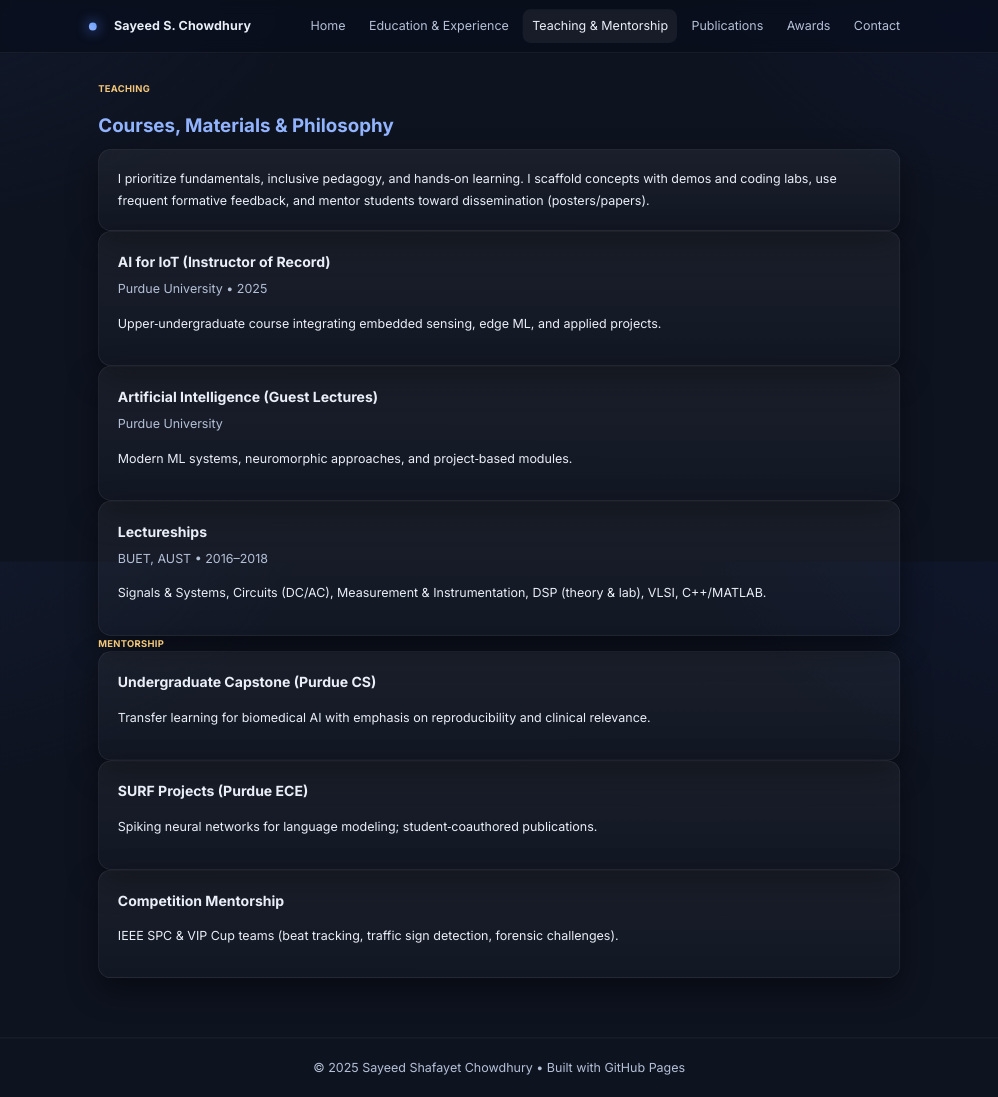
Repository: SayeedChowdhury/SayeedChowdhury.github.io
Page: teaching.html
These files come from the project's save history. The page is drawn as it stood at one moment and after the next save; the edit follows.
The browser window is 1280 px wide. The pictures show the whole page, at 78% of full size.

Above is the page before, as saved 2025-08-11 12:23:19.

### teaching.html
<!doctype html>
<html lang="en">
<head>
  <meta charset="utf-8">
  <meta name="viewport" content="width=device-width, initial-scale=1">
  <title>Teaching & Mentorship • Sayeed S. Chowdhury</title>
  <link rel="preconnect" href="https://fonts.googleapis.com">
  <link rel="preconnect" href="https://fonts.gstatic.com" crossorigin>
  <link href="https://fonts.googleapis.com/css2?family=Inter:wght@400;600;700&display=swap" rel="stylesheet">
  <link rel="stylesheet" href="assets/style.css">
</head>
<body>
<div class="nav">
  <div class="inner container">
    <div class="brand"><span class="dot"></span> <a href="index.html" style="text-decoration:none;color:inherit;">Sayeed S. Chowdhury</a></div>
    <div style="margin-left:auto; display:flex; gap:6px; flex-wrap:wrap">
      <a href="index.html" class="">Home</a>
      <a href="edu-exp.html" class="">Education & Experience</a>
      <a href="teaching.html" class="active">Teaching & Mentorship</a>
      <!-- <a href="research.html" class="">Research</a> -->
      <a href="publications.html" class="">Publications</a>
      <a href="awards.html" class="">Awards</a>
      <a href="contact.html" class="">Contact</a>
    </div>
  </div>
</div>
<div class="container">

<section class="section">
  <div class="kicker">Teaching</div>
  <h2>Courses, Materials & Philosophy</h2>

  <div class="card">
    <p style="margin:0">I prioritize fundamentals, inclusive pedagogy, and hands‑on learning. I scaffold concepts with demos and coding labs, use frequent formative feedback, and mentor students toward dissemination (posters/papers).</p>
  </div>

  <div class="card">
    <h3>AI for IoT (Instructor of Record)</h3>
    <div class="lead">Purdue University • 2025</div>
    <p>Upper‑undergraduate course integrating embedded sensing, edge ML, and applied projects.</p>
  </div>
  <div class="card">
    <h3>Artificial Intelligence (Guest Lectures)</h3>
    <div class="lead">Purdue University</div>
    <p>Modern ML systems, neuromorphic approaches, and project‑based modules.</p>
  </div>
  <div class="card">
    <h3>Lectureships</h3>
    <div class="lead">BUET, AUST • 2016–2018</div>
    <p>Signals & Systems, Circuits (DC/AC), Measurement & Instrumentation, DSP (theory & lab), VLSI, C++/MATLAB.</p>
  </div>

  <div class="kicker">Mentorship</div>
  <div class="card">
    <h3>Undergraduate Capstone (Purdue CS)</h3>
    <p>Transfer learning for biomedical AI with emphasis on reproducibility and clinical relevance.</p>
  </div>
  <div class="card">
    <h3>SURF Projects (Purdue ECE)</h3>
    <p>Spiking neural networks for language modeling; student‑coauthored publications.</p>
  </div>
  <div class="card">
    <h3>Competition Mentorship</h3>
    <p>IEEE SPC & VIP Cup teams (beat tracking, traffic sign detection, forensic challenges).</p>
  </div>
</section>

</div>
<div class="footer">© 2025 Sayeed Shafayet Chowdhury • Built with GitHub Pages</div>
</body>
</html>

### assets/style.css

:root{
  --bg:#0e1320;
  --bg-grad1:#121a2d;
  --panel:#151b2e;
  --panel-2:#101626;
  --ink:#e9eef7;
  --muted:#b4c0d6;
  --navy:#92b4ff;
  --gold:#f3c77a;
  --border:rgba(255,255,255,.08);
  --shadow:0 16px 40px rgba(0,0,0,.45);
  --radius:16px;
}

*{box-sizing:border-box}
html,body{height:100%}
body{
  margin:0;
  color:var(--ink);
  background:
    radial-gradient(900px 600px at -10% -10%, var(--bg-grad1) 0%, transparent 60%),
    radial-gradient(900px 600px at 110% -10%, #0f1830 0%, transparent 60%),
    var(--bg);
  font:16px/1.7 "Inter", system-ui, -apple-system, Segoe UI, Roboto, Helvetica, Arial;
  -webkit-font-smoothing:antialiased;
}

.container{max-width:1100px;margin:0 auto;padding:24px}

.nav{
  position:sticky; top:0; z-index:10;
  background:rgba(9,13,24,.7);
  backdrop-filter:saturate(170%) blur(10px);
  border-bottom:1px solid var(--border);
}
.nav .inner{display:flex; align-items:center; gap:16px; padding:12px 24px;}
.nav .brand{display:flex; align-items:center; gap:10px; font-weight:700; letter-spacing:.2px; color:var(--ink)}
.nav .brand .dot{width:10px;height:10px;border-radius:50%;background:linear-gradient(45deg,var(--navy),#6aa0ff); box-shadow:0 0 16px #4e79ff}
.nav a{color:var(--muted); text-decoration:none; padding:8px 12px; border-radius:10px}
.nav a.active, .nav a:hover{color:var(--ink); background:rgba(255,255,255,.06)}

.hero{
  display:grid; grid-template-columns:1.1fr .9fr; gap:28px; align-items:stretch;
  padding:48px 24px 12px;
}
.card{
  background:linear-gradient(180deg, rgba(255,255,255,.05), rgba(255,255,255,.02));
  border:1px solid var(--border);
  border-radius:var(--radius);
  box-shadow:var(--shadow);
  padding:24px;
}
h1{font-size:32px; margin:0 0 4px}
h2{font-size:24px;margin:16px 0 10px;color:var(--navy)}
h3{font-size:18px;margin:0 0 6px}
.lead{color:var(--muted); font-size:16px}
.badges{display:flex; flex-wrap:wrap; gap:10px; margin-top:14px}
.badge{background:rgba(146,180,255,.14); border:1px solid rgba(146,180,255,.4); color:#d9e4ff; padding:6px 10px; border-radius:999px; font-size:13px}

.row{display:flex; gap:18px; flex-wrap:wrap; align-items:center}
.cta{display:flex; gap:12px; flex-wrap:wrap; margin-top:12px}
.button{display:inline-flex;align-items:center;gap:10px;padding:12px 16px;border-radius:12px;border:1px solid var(--border);background:rgba(146,180,255,.16);color:var(--ink);text-decoration:none;font-weight:600}
.button.secondary{background:rgba(255,255,255,.04)}

.headshot{width:160px;height:160px;border-radius:50%;object-fit:cover;border:3px solid rgba(255,255,255,.08);box-shadow:var(--shadow)}

.section{padding:12px}
.kicker{color:var(--gold);font-weight:700;letter-spacing:.4px;text-transform:uppercase;font-size:12px}

.list{padding-left:20px}
.list li{margin:10px 0}

.footer{border-top:1px solid var(--border); color:var(--muted); padding:24px; text-align:center; margin-top:40px}

@media (max-width: 900px){
  .hero{grid-template-columns:1fr}
}

@media print{
  .nav,.footer,.cta{display:none}
  body{background:white;color:#111}
  .card{box-shadow:none}
}

/* General link style */
a {
  color: #f5c542; /* light gold color */
  text-decoration: none; /* optional: remove underline */
}

/* Hover effect */
a:hover {
  color: #ffdb70; /* slightly brighter gold */
  text-decoration: underline; /* optional: underline on hover */
}

/* Visited links (to avoid purple) */
a:visited {
  color: #f5c542;
}

After the next save:
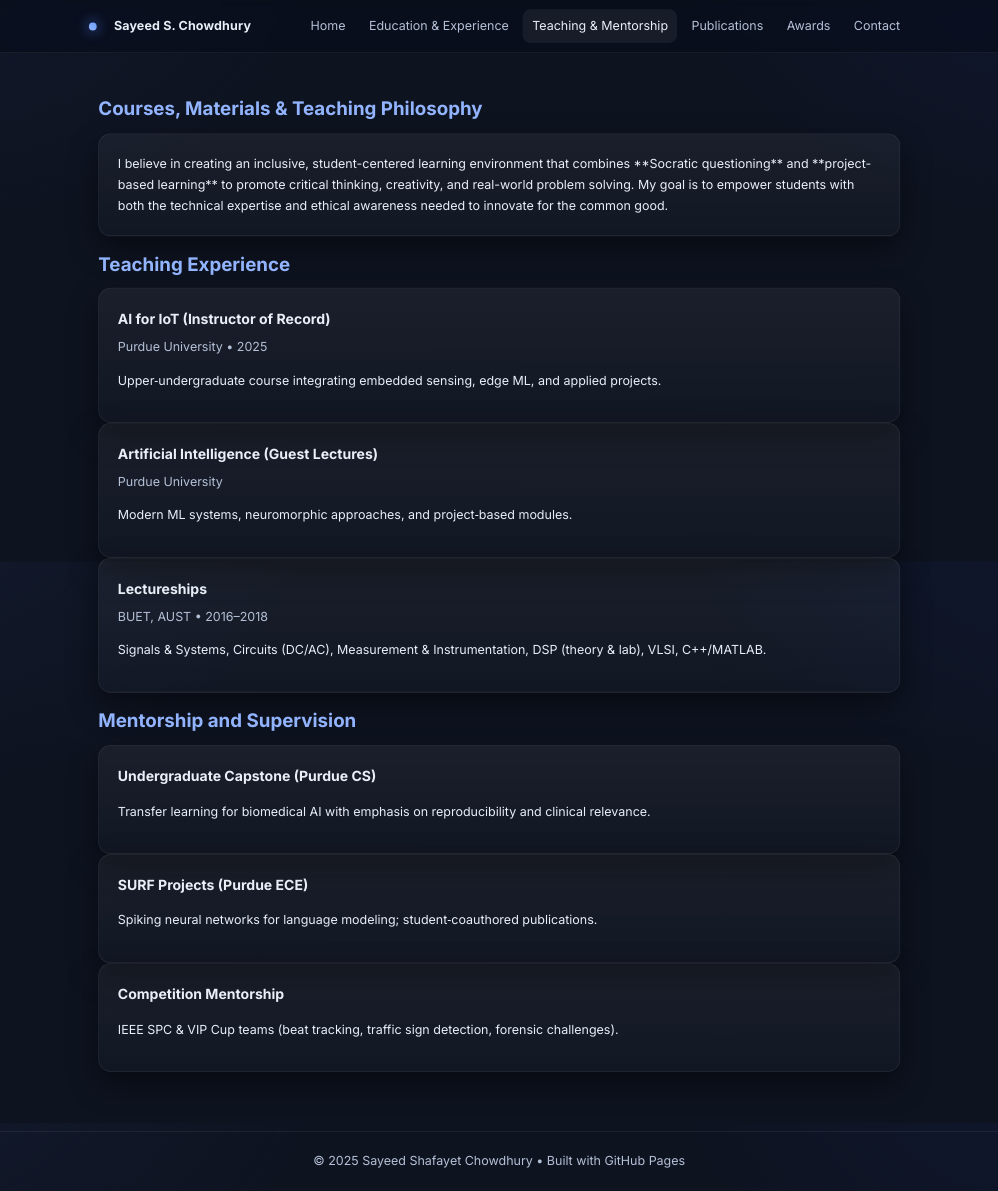
Saved 2 h 0 min later.
--- a/teaching.html
+++ b/teaching.html
@@ -27,13 +27,14 @@
 <div class="container">
 
 <section class="section">
-  <div class="kicker">Teaching</div>
-  <h2>Courses, Materials & Philosophy</h2>
+  <!-- <div class="kicker">Teaching</div> -->
+  <h2>Courses, Materials & Teaching Philosophy</h2>
 
   <div class="card">
-    <p style="margin:0">I prioritize fundamentals, inclusive pedagogy, and hands‑on learning. I scaffold concepts with demos and coding labs, use frequent formative feedback, and mentor students toward dissemination (posters/papers).</p>
+    <p style="margin:0">I believe in creating an inclusive, student-centered learning environment that combines **Socratic questioning** and **project-based learning** to promote critical thinking, creativity, and real-world problem solving. My goal is to empower students with both the technical expertise and ethical awareness needed to innovate for the common good.</p>
   </div>
 
+  <h2>Teaching Experience</h2>
   <div class="card">
     <h3>AI for IoT (Instructor of Record)</h3>
     <div class="lead">Purdue University • 2025</div>
@@ -50,7 +51,8 @@
     <p>Signals & Systems, Circuits (DC/AC), Measurement & Instrumentation, DSP (theory & lab), VLSI, C++/MATLAB.</p>
   </div>
 
-  <div class="kicker">Mentorship</div>
+  <!-- <div class="kicker">Mentorship</div> -->
+  <h2>Mentorship and Supervision</h2>
   <div class="card">
     <h3>Undergraduate Capstone (Purdue CS)</h3>
     <p>Transfer learning for biomedical AI with emphasis on reproducibility and clinical relevance.</p>
